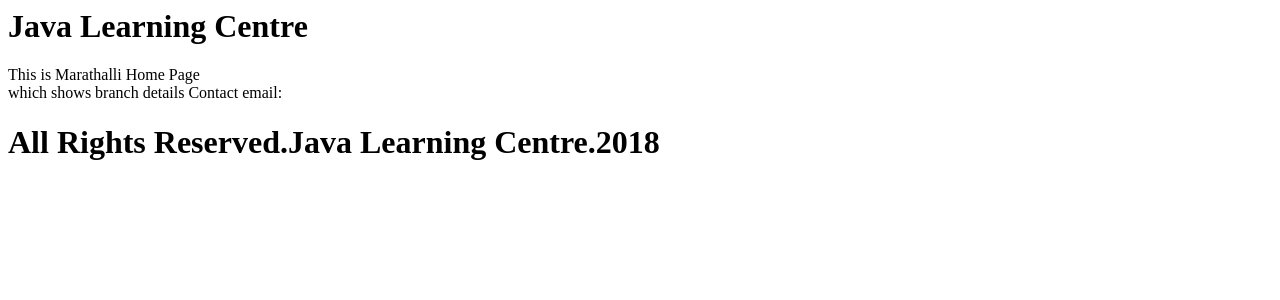
Repository: argho1990/Coursecube-B19
Page: http://localhost/Lab10/mth.jsp
The author's editor kept a copy of each file at every save. The page is drawn from the files as they stood at one save, then again after the next save.
The browser window is 1280 px wide. The pictures show the whole page.
The page is served by Tomcat 9.

Above is the page before, as saved 2018-11-23 21:16:39.

### JSP/Lab10/WebContent/mth.jsp
<html>

<body>
<jsp:include page="header.jsp">
<jsp:param name="cname" value="Java Learning Centre"/>
</jsp:include>
This is Marathalli Home Page<br>
which shows ${param.bn} branch details
Contact email:${param.email}
<jsp:include page="footer.jsp">
<jsp:param name="cname" value="Java Learning Centre"/>
</jsp:include>
</body>
</html>

### JSP/Lab10/WebContent/header.jsp
<html>

<body>

<h1>${param.cname }</h1>

</body>

</html>

### JSP/Lab10/WebContent/footer.jsp
<html>

<body>

<h1>All Rights Reserved.${param.cname}.2018</h1>

</body>

</html>

After the next save:
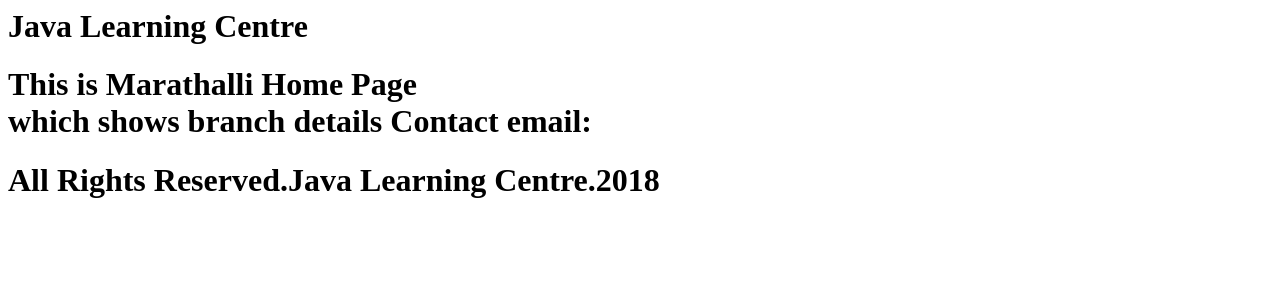
Saved 59 s later.
--- a/JSP/Lab10/WebContent/mth.jsp
+++ b/JSP/Lab10/WebContent/mth.jsp
@@ -4,9 +4,9 @@
 <jsp:include page="header.jsp">
 <jsp:param name="cname" value="Java Learning Centre"/>
 </jsp:include>
-This is Marathalli Home Page<br>
+<h1>This is Marathalli Home Page<br>
 which shows ${param.bn} branch details
-Contact email:${param.email}
+Contact email:${param.email}</h1>
 <jsp:include page="footer.jsp">
 <jsp:param name="cname" value="Java Learning Centre"/>
 </jsp:include>
